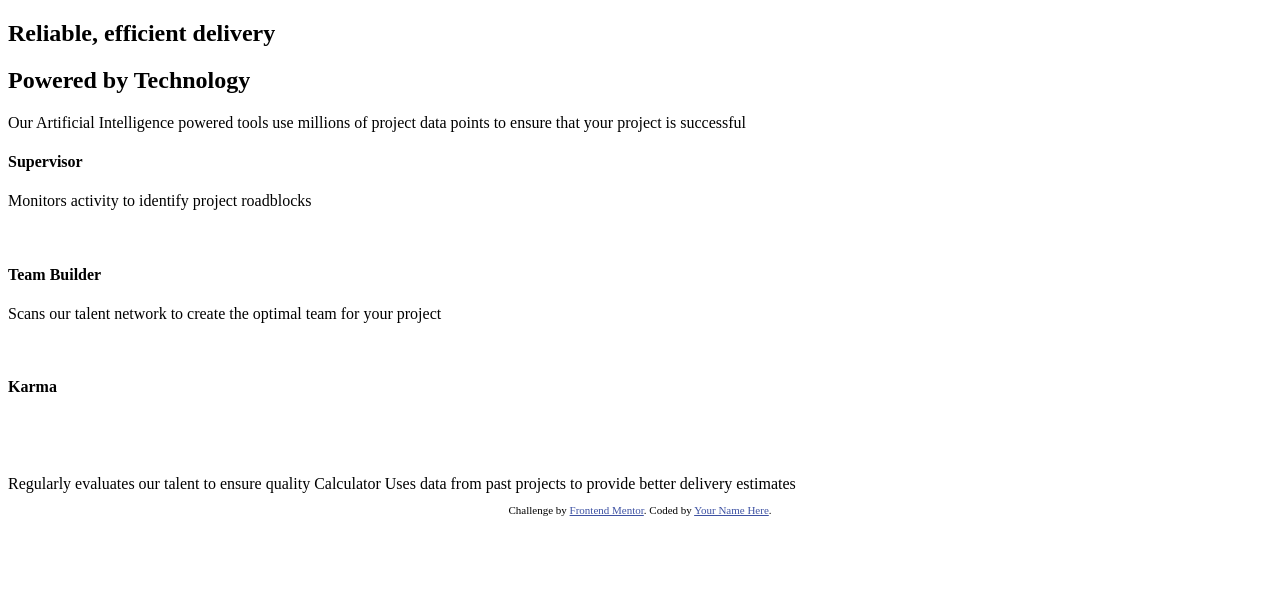
Repository: BuduCE/four-card-feature-section-master
Page: index.html
These files come from the project's save history. The page is drawn as it stood at one moment and after a run of saves; the edit follows.
The browser window is 1280 px wide. The pictures show the whole page.

Above is the page before, as saved 2023-06-01 21:29:36.

After the next 2 saves:
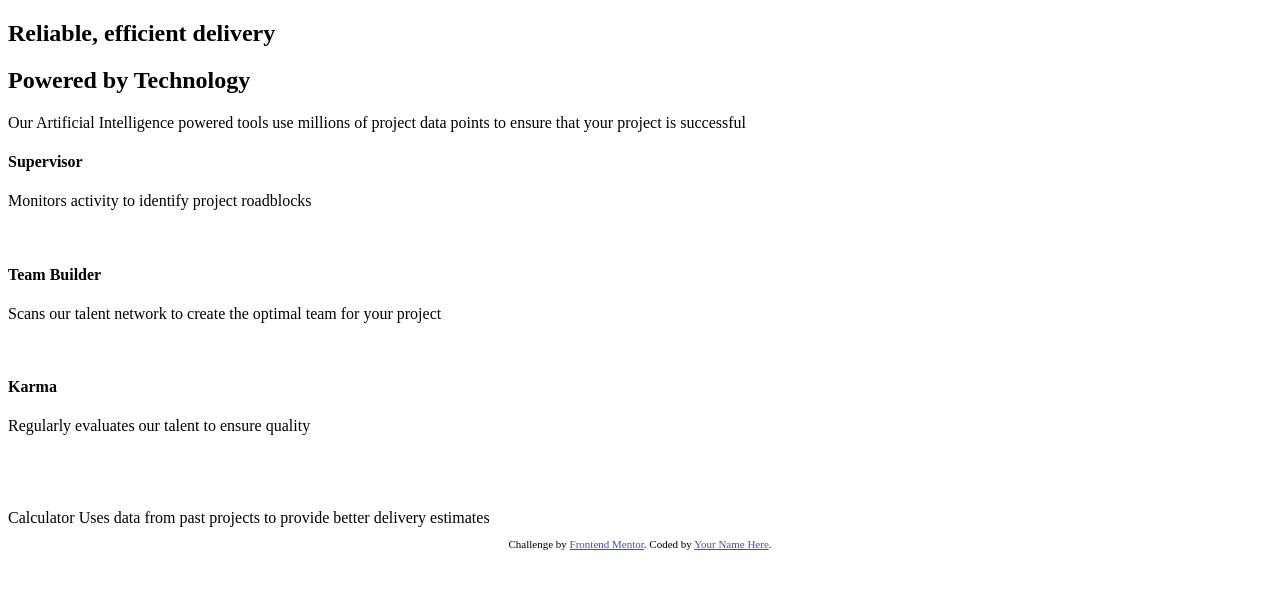
The 2 saves are shown as one change because they came seconds apart.
The last was saved 9 s later.
--- a/index.html
+++ b/index.html
@@ -39,7 +39,7 @@
 
       <div class="card">
         <h4>Karma</h4>
-        <p></p>
+        <p>Regularly evaluates our talent to ensure quality</p>
         <img src="" alt="">
       </div>
     </div>
@@ -60,7 +60,7 @@
 
 
 
-  Regularly evaluates our talent to ensure quality
+
 
   Calculator
   Uses data from past projects to provide better delivery estimates
